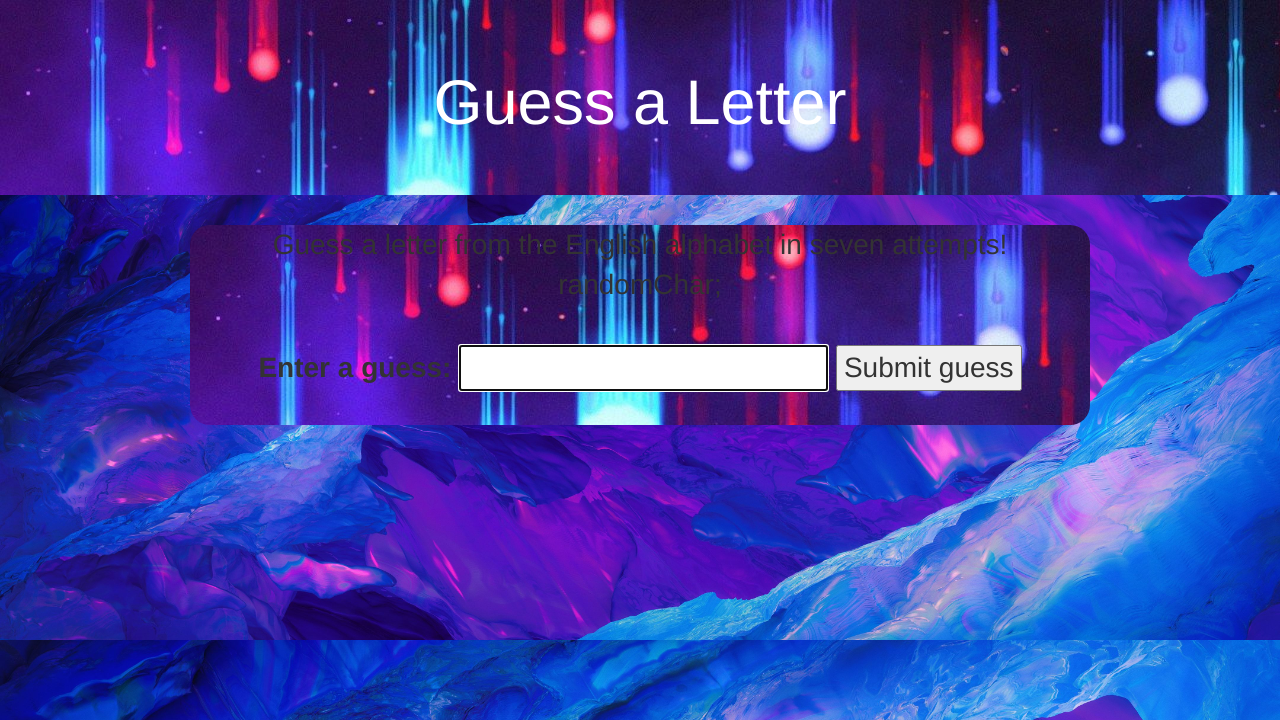
Repository: EricG831/a1
Page: a2/index.html
The author's editor kept a record of every edit. The page is drawn from the files as they stood at one moment, then again after the next edit.
The browser window is 1280 px wide. The pictures show the whole page.

Above is the page before.

After the next edit:
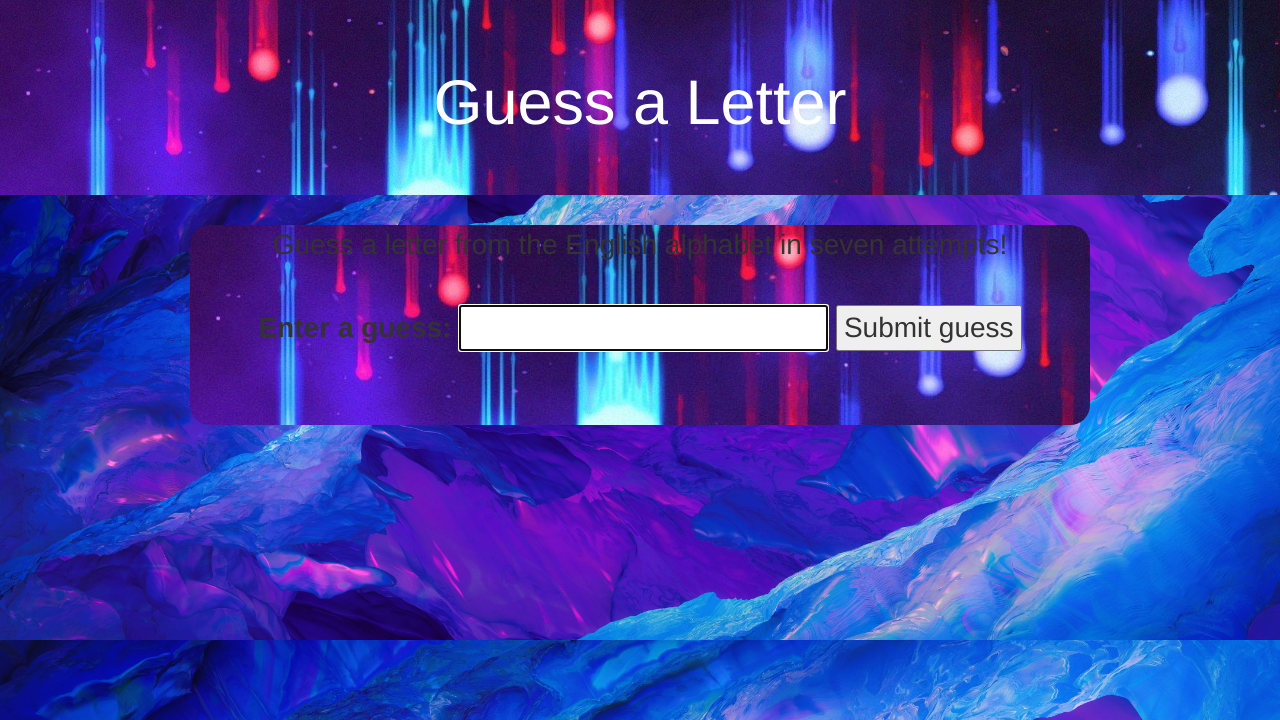
The edit:
--- a/a2/index.html
+++ b/a2/index.html
@@ -20,7 +20,7 @@
 
         <div id="directions" class= "resultParas">
             Guess a letter from the English alphabet in seven attempts!
-            randomChar;
+
             <br><br>
             <label for="guessField">Enter a guess: </label>
             <input type="text" id="guessField" class="guessField">
